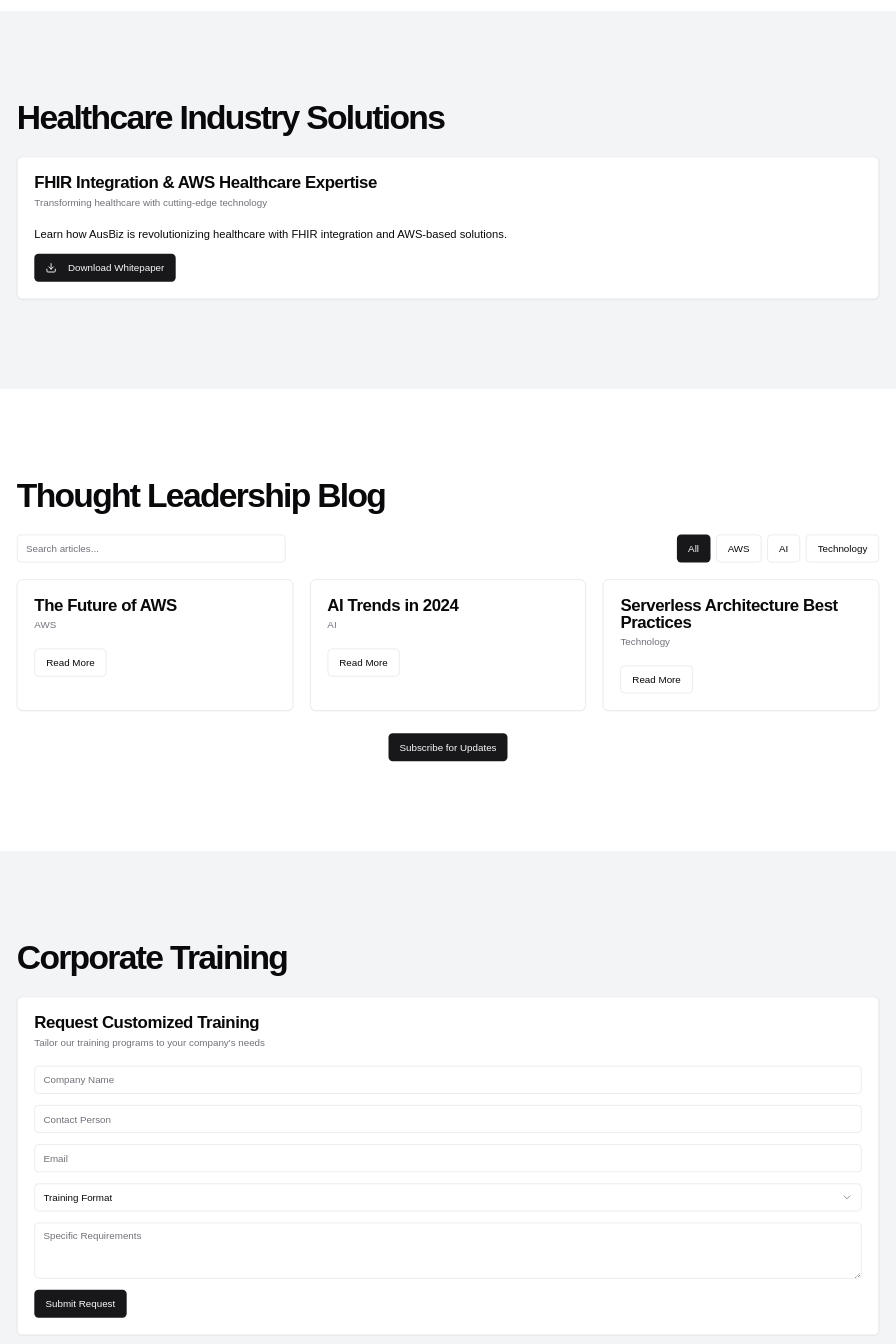
Repository: DiwanMalla/ausbizdemo1
Page: /
An editor plug-in stored every save of this project. The page is shown before and after the next save, followed by the edit.
The browser window is 1280 px wide. The pictures show the part of the page from y = 3002 to 4922 px (the page is 5749 px tall before and 5753 px after), at 70% of full size.
The project was rebuilt for these pictures with package versions that can differ from the ones it lists, and the page was loaded fresh each time. The framework's server and built-in components were replaced by stand-ins that run in the browser. Also part of the build but not shown: next.config.ts.

Above is the page before, as saved 2024-11-09 18:48:55.

After the next save:
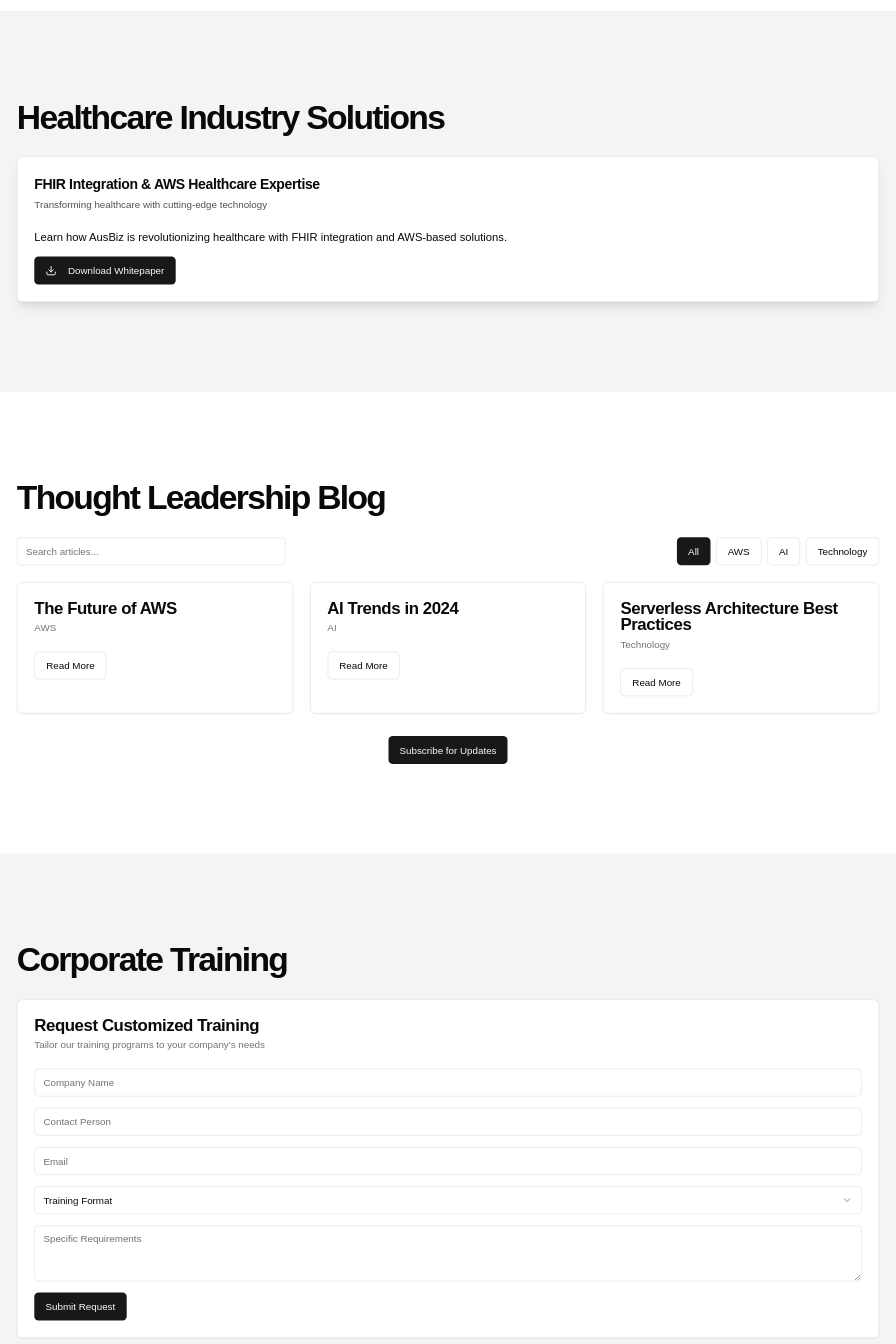
Saved 68 s later.
--- a/components/Healthcare.tsx
+++ b/components/Healthcare.tsx
@@ -12,22 +12,24 @@ export default function IndustryCallouts() {
   return (
     <section className="w-full py-12 md:py-24 lg:py-32 bg-gray-100 dark:bg-gray-800">
       <div className="container px-4 md:px-6">
-        <h2 className="text-3xl font-bold tracking-tighter sm:text-4xl md:text-5xl mb-8">
+        <h2 className="text-3xl font-bold tracking-tighter sm:text-4xl md:text-5xl mb-8 text-foreground dark:text-foreground">
           Healthcare Industry Solutions
         </h2>
-        <Card>
+        <Card className="bg-white dark:bg-gray-900 text-foreground dark:text-foreground shadow-lg dark:shadow-gray-800 hover:shadow-lg transition-all duration-300 transform hover:scale-105">
           <CardHeader>
-            <CardTitle>FHIR Integration & AWS Healthcare Expertise</CardTitle>
-            <CardDescription>
+            <CardTitle className="text-xl font-semibold text-foreground dark:text-foreground">
+              FHIR Integration & AWS Healthcare Expertise
+            </CardTitle>
+            <CardDescription className="text-sm text-foreground/70 dark:text-foreground/50">
               Transforming healthcare with cutting-edge technology
             </CardDescription>
           </CardHeader>
           <CardContent>
-            <p className="mb-4">
+            <p className="mb-4 text-foreground dark:text-foreground/80">
               Learn how AusBiz is revolutionizing healthcare with FHIR
               integration and AWS-based solutions.
             </p>
-            <Button>
+            <Button className="bg-primary text-primary-foreground dark:bg-primary dark:text-primary-foreground hover:bg-primary/90 dark:hover:bg-primary/90 transition-all duration-200">
               <DownloadIcon className="mr-2 h-4 w-4" /> Download Whitepaper
             </Button>
           </CardContent>
